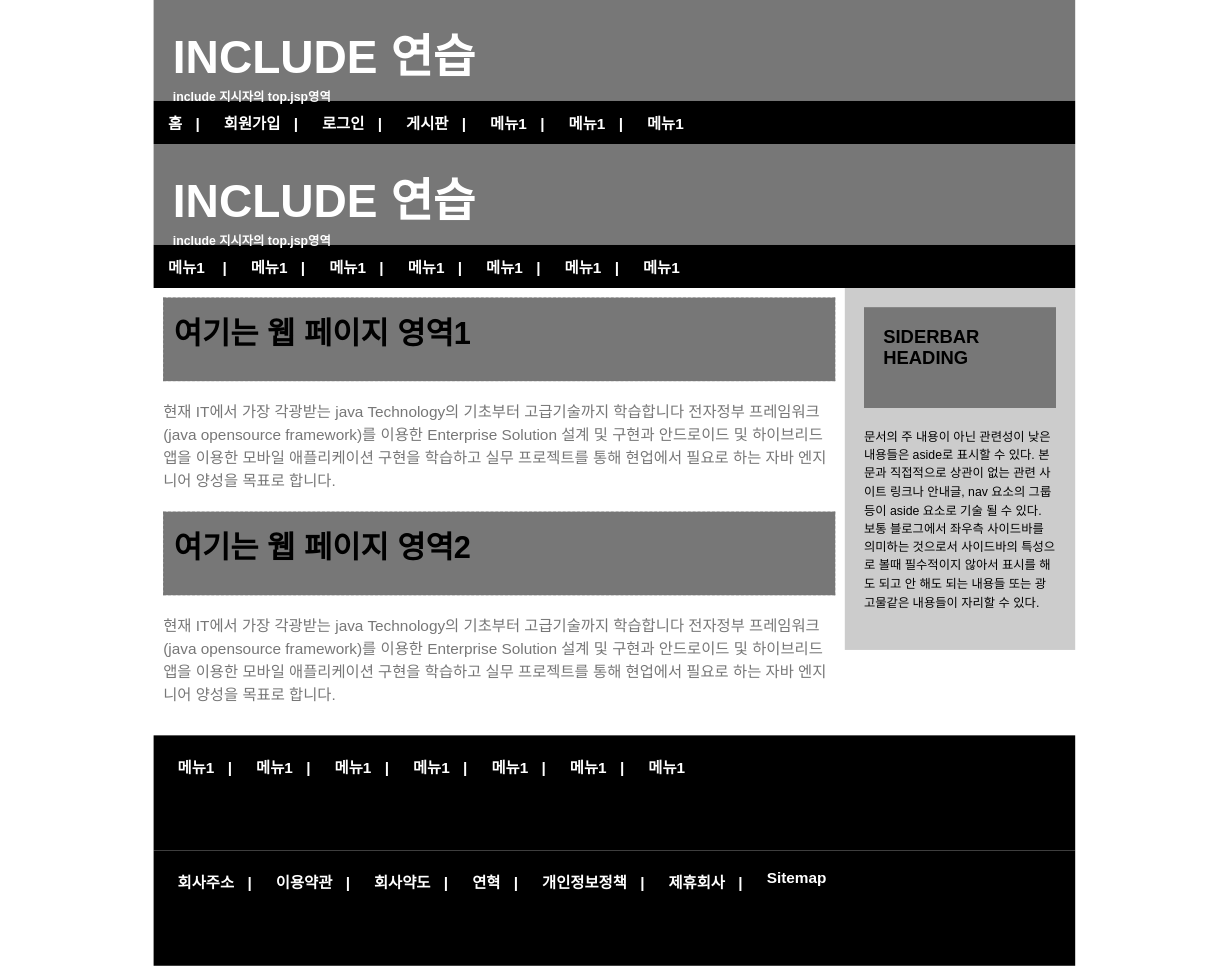
Repository: kol0372/woo
Page: http://localhost/jsp_1110re/
These files come from the project's save history. The page is drawn as it stood at one moment and after the next save; the edit follows.
The browser window is 1280 px wide. The pictures show the whole page, at 96% of full size.
Some web libraries are served in a nearby version. The page is served by Tomcat 9. Other server files are loaded and not shown.

Above is the page before, as saved 2014-11-10 02:52:09.

### jspworkspace/jsp_1110re/WebContent/index.jsp
<%@ page language="java" contentType="text/html; charset=EUC-KR"
	pageEncoding="EUC-KR"%>
<%@include file="ex1_top.jsp"%>
<!-- top -->
<!DOCTYPE html>
<html>
<head>
<meta charset="EUC-KR">
<title>Insert title here</title>
<link rel="stylesheet" href="css/style.css" type="text/css">
<script src="//code.jquery.com/jquery-1.11.0.min.js"></script>
<script src="//code.jquery.com/jquery-migrate-1.2.1.min.js"></script>
<script>
	$(document).ready(function() {

	});
</script>
</head>
<body>

	<header class="hd">
		<h1>Include 연습</h1>
		<h2>include 지시자의 top.jsp영역</h2>
	</header>
	<nav>
		<ul>
			<li><a href="">메뉴1 </a>&nbsp; |</li>
			<li><a href="">메뉴1</a>&nbsp; |</li>
			<li><a href="">메뉴1</a>&nbsp; |</li>
			<li><a href="">메뉴1</a>&nbsp; |</li>
			<li><a href="">메뉴1</a>&nbsp; |</li>
			<li><a href="">메뉴1</a>&nbsp; |</li>
			<li><a href="">메뉴1</a></li>
		</ul>
	</nav>
	<!-- top end -->
	<!-- content start -->
	<article>
		<header>
			<h2>여기는 웹 페이지 영역1</h2>
		</header>

		<p>현재 IT에서 가장 각광받는 java Technology의 기초부터 고급기술까지 학습합니다 전자정부
			프레임워크(java opensource framework)를 이용한 Enterprise Solution 설계 및 구현과
			안드로이드 및 하이브리드앱을 이용한 모바일 애플리케이션 구현을 학습하고 실무 프로젝트를 통해 현업에서 필요로 하는 자바
			엔지니어 양성을 목표로 합니다.</p>
		<section>
			<header>
				<h2>여기는 웹 페이지 영역2</h2>
			</header>
			<p>현재 IT에서 가장 각광받는 java Technology의 기초부터 고급기술까지 학습합니다 전자정부
				프레임워크(java opensource framework)를 이용한 Enterprise Solution 설계 및 구현과
				안드로이드 및 하이브리드앱을 이용한 모바일 애플리케이션 구현을 학습하고 실무 프로젝트를 통해 현업에서 필요로 하는 자바
				엔지니어 양성을 목표로 합니다.</p>
		</section>
	</article>
	<aside>
		<header>
			<h1>Siderbar Heading</h1>
		</header>
		<p>문서의 주 내용이 아닌 관련성이 낮은 내용들은 aside로 표시할 수 있다. 본문과 직접적으로 상관이 없는 관련
			사이트 링크나 안내글, nav 요소의 그룹 등이 aside 요소로 기술 될 수 있다. 보통 블로그에서 좌우측 사이드바를
			의미하는 것으로서 사이드바의 특성으로 볼때 필수적이지 않아서 표시를 해도 되고 안 해도 되는 내용들 또는 광고물같은 내용들이
			자리할 수 있다.</p>

	</aside>
	<!-- content end -->
	<!-- bottom start -->
	<footer>
		<nav>
			<ul>
				<li><a href="">메뉴1</a>&nbsp; |</li>
				<li><a href="">메뉴1</a>&nbsp; |</li>
				<li><a href="">메뉴1</a>&nbsp; |</li>
				<li><a href="">메뉴1</a>&nbsp; |</li>
				<li><a href="">메뉴1</a>&nbsp; |</li>
				<li><a href="">메뉴1</a>&nbsp; |</li>
				<li><a href="">메뉴1</a></li>
			</ul>
		</nav>
	</footer>


</body>
</html>
<%@include file="ex1_bottom.jsp" %>
<!-- bottom end -->

### jspworkspace/jsp_1110re/WebContent/ex1_top.jsp
<%@ page language="java" contentType="text/html; charset=EUC-KR" pageEncoding="EUC-KR"%>
<!-- 2014. 11. 3. -->
<!DOCTYPE html>
<html>
<head>
<meta charset="EUC-KR">
<title>Insert title here</title>
<link rel="stylesheet"  href="css/style.css" type="text/css">
<script src="//code.jquery.com/jquery-1.11.0.min.js"></script>
<script src="//code.jquery.com/jquery-migrate-1.2.1.min.js"></script>
<script>
	$(document).ready(function() {

	});
</script>
</head>
<body>

		<header class="hd">
			<h1> Include 연습 </h1>
			<h2> include 지시자의 top.jsp영역
			<% if(session.getAttribute("MEMBERID")!=null) {
				String uname =(String) session.getAttribute("USERNAME");
			 %>
			 &nbsp;&nbsp;&nbsp;<%=uname %>님 반갑습니다. ^^
			<% } %>
			 </h2>
		</header>
		<nav>
			   <ul>
					<li><a href="ex1_body.jsp">홈</a>&nbsp; |</li>
					<%
					if(session.getAttribute("MEMBERID")==null){
					%>
					<li><a href="join.jsp">회원가입</a>&nbsp; |</li>
					<li><a href="loginForm.jsp">로그인</a>&nbsp; |</li>
					<%
					}else{
					%>
					<li><a href="mypage.jsp">마이페이지</a>&nbsp; |</li>
					<li><a href="loginOut.jsp">로그아웃</a>&nbsp; |</li>
					<% } %>



					<li><a href="bbslist.jsp">게시판</a>&nbsp; |</li>
					<li><a href="">메뉴1</a>&nbsp; |</li>
					<li><a href="">메뉴1</a>&nbsp; |</li>
					<li><a href="">메뉴1</a></li>
				</ul>
			</nav>

### jspworkspace/jsp_1110re/WebContent/ex1_bottom.jsp
<%@ page language="java" contentType="text/html; charset=EUC-KR" pageEncoding="EUC-KR"%>
 <footer>
		 	<nav>
			   <ul>
					<li><a href="">회사주소</a>&nbsp; |</li>
					<li><a href="">이용약관</a>&nbsp; |</li>
					<li><a href="">회사약도</a>&nbsp; |</li>
					<li><a href="">연혁</a>&nbsp; |</li>
					<li><a href="">개인정보정책</a>&nbsp; |</li>
					<li><a href="">제휴회사</a>&nbsp; |</li>
					<li><a href="">Sitemap</a></li>
				</ul>
			</nav>
		 </footer>


</body>
</html>

### jspworkspace/jsp_1110re/WebContent/css/style.css
@CHARSET "EUC-KR";
html, body, div, h1, h2, h3, h4, h5, h6, p {
	margin: 0;
	padding: 0;
	border: 0;
	outline: 0;
	font-size: 100%;
}

body {
	width: 960px;
	margin: 0 auto;
	font-family: Arial, sans-serif;
	color: #777;
}

p {
	margin-top: 20px;
	margin-bottom: 20px;
	line-height: 150%;
}
.hd h1{

}
header {
	background: #777;
	padding: 20px;
	height: 65px;
	clear: both;
}

body header  h1 {
	font-size: 3.0em;
	text-transform: uppercase;
	color: #fff;
}

body header  h2 {
	font-size: 0.8em;
	color: #fff;

}

body nav {
	height: 25px;
	padding: 10px;
	background: #000;
	color: #FFFFFF;
	font-weight: bold;
	clear: both;
	-moz-border-radius: 20px 0px;
}

body nav ul {
	padding: 0;
	margin: 0;
	list-style: none;
}

nav ul li {
	display: block;
	float: left;
	margin-right: 20px;
}

footer {
	background: #000;
	padding: 10px;
	height: 100px;
	color: #fff;
	clear: both;
}

nav ul li a {
	color: #fff;
	background: #000;
	text-decoration: none;
	padding: 5px;
	margin: 0;
}

nav ul li a:hover {
	background: #777;
}

article {
	width: 700px;
	padding: 10px;
	float: left;
}

article header {
	border: 1px dashed #777;
	padding: 10px;
}

article header h2 {
	color: #000;
	font-size: 2em;
}

time {
	font-size: 0.7em;
	margin-top: 0px;
	margin-bottom: 0px;
}

article section footer {
	border: 1px dashed #777;
	padding: 10px;
}

article>footer {
	font-style: italic;
}

figure {
	margin: 0 auto;
	padding: 20px;
	width: 500px;
	text-align: center;
	border: 1px dashed #ccc;
	clear: both;
}

figure img {
	padding: 10px;
	margin: 0 auto;
}

aside {
	width: 200px;
	padding: 20px;
	float: left;
	background: #ccc;
	color: #000;
	font-size: 0.8em;
}

aside header h1 {
	font-size: 1.5em;
	color: #000;
}

After the next save:
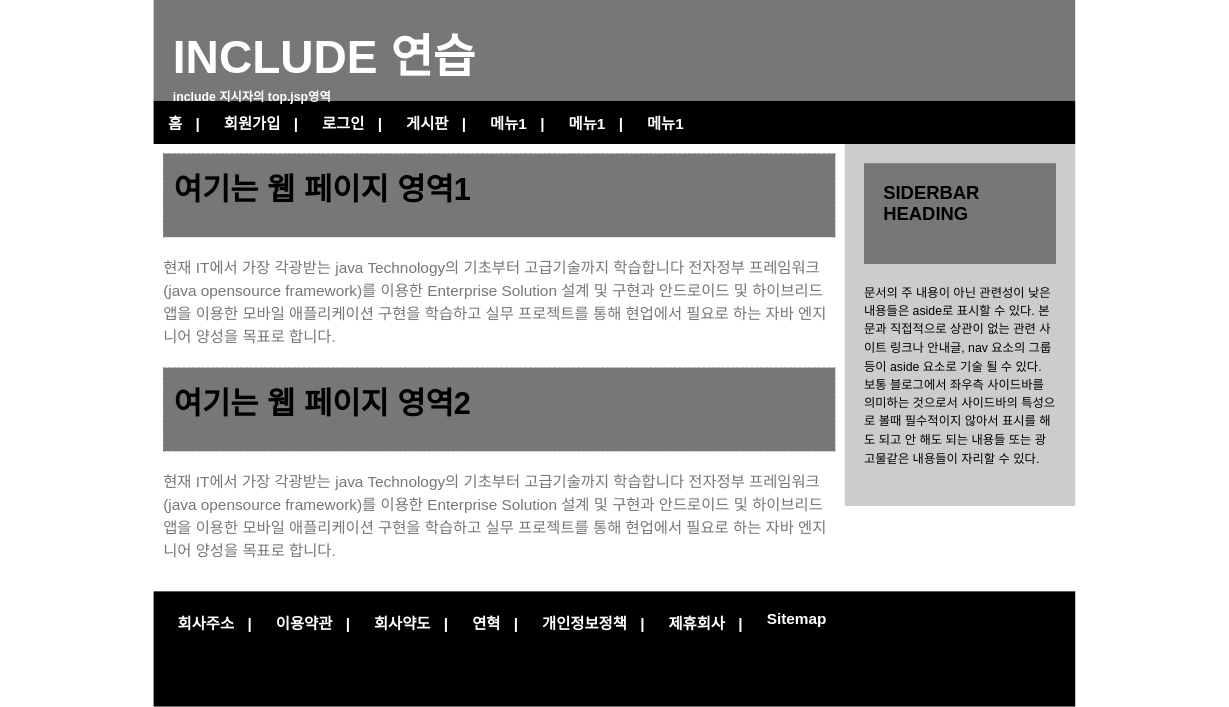
Saved 57 s later.
--- a/jspworkspace/jsp_1110re/WebContent/index.jsp
+++ b/jspworkspace/jsp_1110re/WebContent/index.jsp
@@ -18,22 +18,6 @@
 </head>
 <body>
 
-	<header class="hd">
-		<h1>Include 연습</h1>
-		<h2>include 지시자의 top.jsp영역</h2>
-	</header>
-	<nav>
-		<ul>
-			<li><a href="">메뉴1 </a>&nbsp; |</li>
-			<li><a href="">메뉴1</a>&nbsp; |</li>
-			<li><a href="">메뉴1</a>&nbsp; |</li>
-			<li><a href="">메뉴1</a>&nbsp; |</li>
-			<li><a href="">메뉴1</a>&nbsp; |</li>
-			<li><a href="">메뉴1</a>&nbsp; |</li>
-			<li><a href="">메뉴1</a></li>
-		</ul>
-	</nav>
-	<!-- top end -->
 	<!-- content start -->
 	<article>
 		<header>
@@ -65,23 +49,6 @@
 
 	</aside>
 	<!-- content end -->
-	<!-- bottom start -->
-	<footer>
-		<nav>
-			<ul>
-				<li><a href="">메뉴1</a>&nbsp; |</li>
-				<li><a href="">메뉴1</a>&nbsp; |</li>
-				<li><a href="">메뉴1</a>&nbsp; |</li>
-				<li><a href="">메뉴1</a>&nbsp; |</li>
-				<li><a href="">메뉴1</a>&nbsp; |</li>
-				<li><a href="">메뉴1</a>&nbsp; |</li>
-				<li><a href="">메뉴1</a></li>
-			</ul>
-		</nav>
-	</footer>
 
-
-</body>
-</html>
 <%@include file="ex1_bottom.jsp" %>
 <!-- bottom end -->
